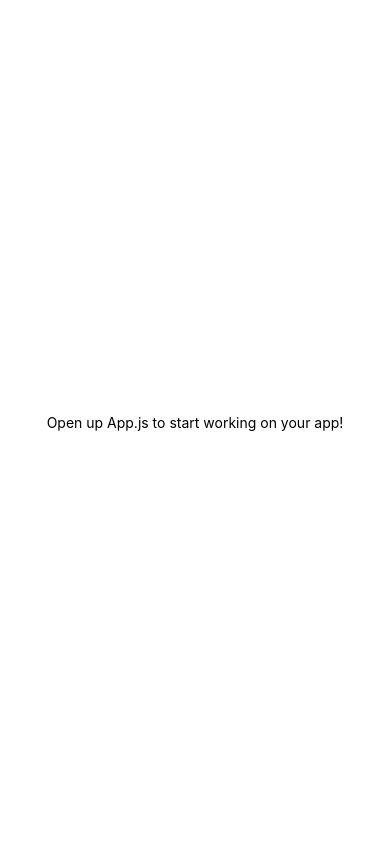
Repository: NagataRyuji0630/memo_app_for_reactNative
Page: /
These files come from the project's save history. The page is drawn as it stood at one moment and after the next save; the edit follows.
The browser window is 390 px wide. The pictures show the whole page.
The app was drawn by React Native's web renderer in a window 390 px wide. The project was rebuilt for these pictures with package versions that can differ from the ones it lists, and the page was loaded fresh each time.

Above is the page before, as saved 2020-05-13 21:48:02.

### App.js
import React from 'react';
import { StyleSheet, Text, View } from 'react-native';
import BodyText from './src/elements/BodyText';

export default class App extends React.Component {
  render() {
    return (
      <View style={styles.container}>
        <Text>Open up App.js to start working on your app!</Text>
      </View>
    );
  }
}

const styles = StyleSheet.create({
  container: {
    flex: 1,
    backgroundColor: '#fff',
    alignItems: 'center',
    justifyContent: 'center',
  },
});

### src/elements/BodyText.jsx
import React from 'react';
import { Component } from 'react';
import { StyleSheet, View, Text } from 'react-native';

class BodyText extends Component {
    render() {
        return (
            <View>
                <Text style={styles.text}>Hello</Text>
            </View>
        );
    }
}

const styles = StyleSheet.create({
    text: {
        color: '#ddd',
        backgroundColor: '#eee',
    },
});

export default BodyText;

After the next save:
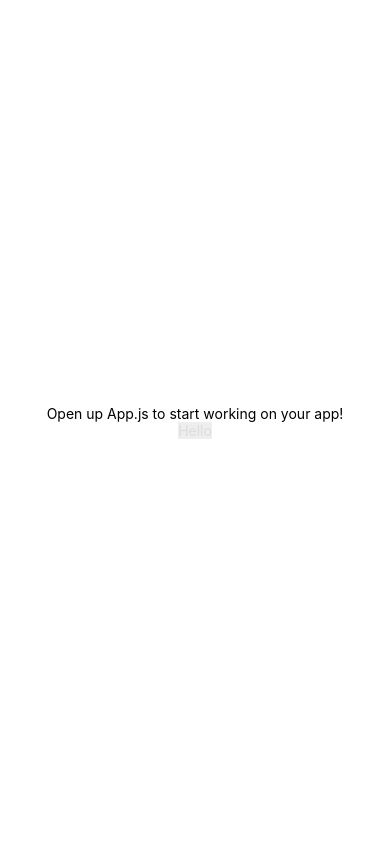
Saved 39 s later.
--- a/App.js
+++ b/App.js
@@ -7,6 +7,7 @@ export default class App extends React.Component {
     return (
       <View style={styles.container}>
         <Text>Open up App.js to start working on your app!</Text>
+        <BodyText />
       </View>
     );
   }

After the save that followed:
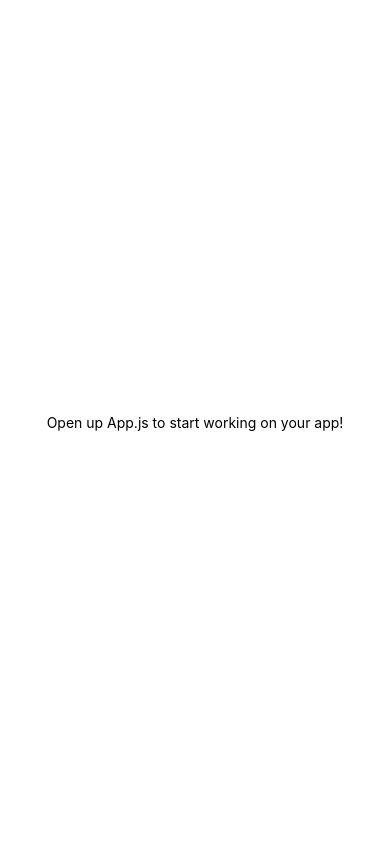
Saved 110 s later.
--- a/src/elements/BodyText.jsx
+++ b/src/elements/BodyText.jsx
@@ -6,7 +6,9 @@ class BodyText extends Component {
     render() {
         return (
             <View>
-                <Text style={styles.text}>Hello</Text>
+                <Text style={styles.text}>
+                    {this.props.children}
+                </Text>
             </View>
         );
     }
